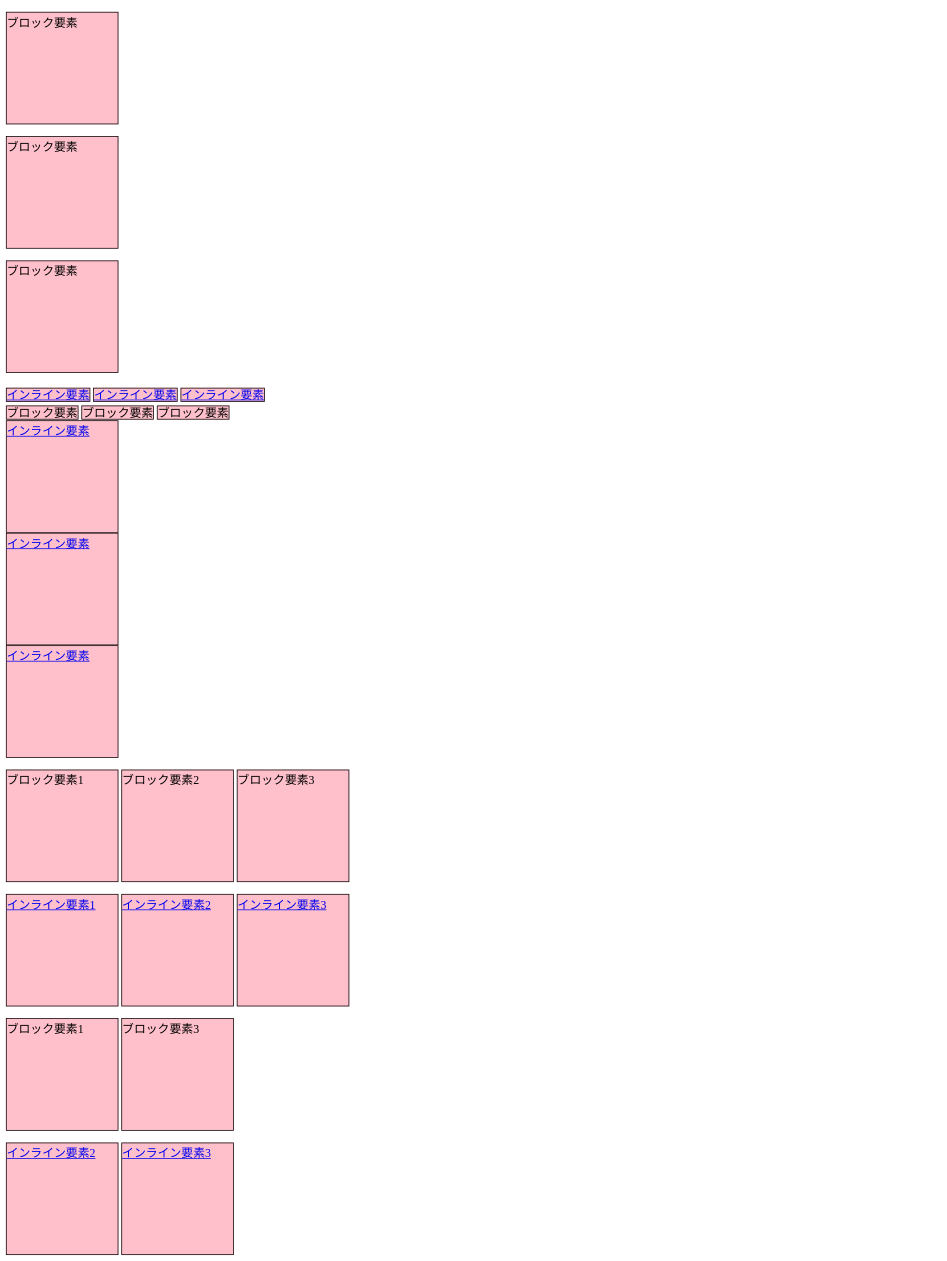
Repository: syokaturyou/potepan
Page: index4.html
The author's editor kept a record of every edit. The page is drawn from the files as they stood at one moment, then again after the next edit.
The browser window is 1280 px wide. The pictures show the whole page, at 74% of full size.

Above is the page before.

### index4.html
<!DOCTYPE html>
  <html>
   <head>
    <meta charset="utf-8">
    <title>Potepan</title>
    <link rel="stylesheet" href="test2.css">
  </head>
<body>

  <div>
      <p class="block_sample">ブロック要素</p>
      <p class="block_sample">ブロック要素</p>
      <p class="block_sample">ブロック要素</p>
    </div>

    <div>
      <a href="#" class="inline_sample">インライン要素</a>
      <a href="#" class="inline_sample">インライン要素</a>
      <a href="#" class="inline_sample">インライン要素</a>
    </div>


   <div>
      <p class="block_sampleB">ブロック要素</p>
      <p class="block_sampleB">ブロック要素</p>
      <p class="block_sampleB">ブロック要素</p>
    </div>

    <div>
      <a href="#" class="inline_sampleB">インライン要素</a>
      <a href="#" class="inline_sampleB">インライン要素</a>
      <a href="#" class="inline_sampleB">インライン要素</a>
    </div>

     <div>
      <p class="block_sampleC">ブロック要素1</p>
      <p class="block_sampleC">ブロック要素2</p>
      <p class="block_sampleC">ブロック要素3</p>
    </div>

    <div>
      <a href="#" class="inline_sampleC">インライン要素1</a>
      <a href="#" class="inline_sampleC">インライン要素2</a>
      <a href="#" class="inline_sampleC">インライン要素3</a>
    </div>

    <div>
      <p class="block_sampleC">ブロック要素1</p>
      <p class="block_sampleC hide">ブロック要素2</p> <!-- hideクラスを追加 -->
      <p class="block_sampleC">ブロック要素3</p>
    </div>

    <div>
      <a href="#" class="inline_sampleC hide">インライン要素1</a> <!-- hideクラスを追加 -->
      <a href="#" class="inline_sampleC">インライン要素2</a>
      <a href="#" class="inline_sampleC">インライン要素3</a>
    </div>

</body>
</html>

### test2.css
.block_sample {
      background-color: pink;
      border: 1px solid black;
      width: 150px;
      height: 150px;
    }

    .inline_sample {
      background-color: pink;
      border: 1px solid black;
      width: 150px;
      height: 150px;
    }

    .block_sampleB {
      display: inline;
      background-color: pink;
      border: 1px solid black;
      width: 150px;
      height: 150px;
    }

    .inline_sampleB {
      display: block;
      background-color: pink;
      border: 1px solid black;
      width: 150px;
      height: 150px;
    }

     .block_sampleC {
      display: inline-block; /* ブロック要素をインラインブロック要素に変更 */
      background-color: pink;
      border: 1px solid black;
      width: 150px;
      height: 150px;
    }

    .inline_sampleC {
      display: inline-block; /* インライン要素をインラインブロック要素に変更 */
      background-color: pink;
      border: 1px solid black;
      width: 150px;
      height: 150px;
    }


    .hide {
      display: none; /* 非表示にするプロパティ値を指定 */
    }


    .box {
      width: 200px;
      padding: 15px;
      border: 1px solid black;
      margin-bottom: 20px;
    }

    .no_float1 {
      background-color: pink;
    }

    .no_float2 {
      background-color: skyblue;
    }

    .left1 {
      background-color: pink;
      float: left;
    }

    .left2 {
      background-color: skyblue;
      float: left;
    }

    .right1 {
      background-color: pink;
      float: right;
    }

    .right2 {
      background-color: skyblue;
      float: right;
    }

    .right3 {
      background-color: orange;
      float: right;
    }

    .clear {
      clear: both;
    }

       .left_a {
      background-color: pink;
      width: 150px;
      height: 150px;
      float: left;
    }

    .left_b {
      background-color: skyblue;
      width: 300px;
      height: 300px;
      float: left;
    }

After the next edit:
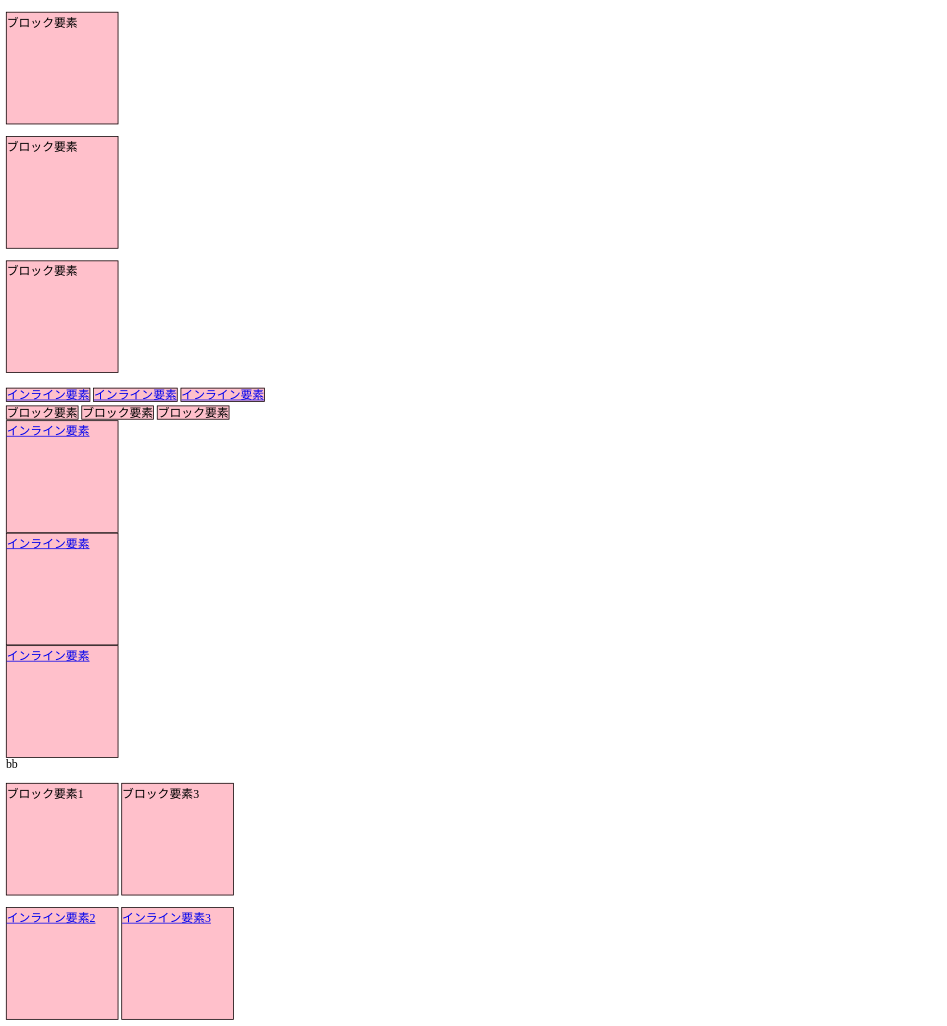
The edit:
--- a/index4.html
+++ b/index4.html
@@ -31,18 +31,18 @@
       <a href="#" class="inline_sampleB">インライン要素</a>
       <a href="#" class="inline_sampleB">インライン要素</a>
     </div>
+    bb
+    <!-- <div>-->
+    <!--  <p class="block_sampleC">ブロック要素1</p>-->
+    <!--  <p class="block_sampleC">ブロック要素2</p>-->
+    <!--  <p class="block_sampleC">ブロック要素3</p>-->
+    <!--</div>-->
 
-     <div>
-      <p class="block_sampleC">ブロック要素1</p>
-      <p class="block_sampleC">ブロック要素2</p>
-      <p class="block_sampleC">ブロック要素3</p>
-    </div>
-
-    <div>
-      <a href="#" class="inline_sampleC">インライン要素1</a>
-      <a href="#" class="inline_sampleC">インライン要素2</a>
-      <a href="#" class="inline_sampleC">インライン要素3</a>
-    </div>
+    <!--<div>-->
+    <!--  <a href="#" class="inline_sampleC">インライン要素1</a>-->
+    <!--  <a href="#" class="inline_sampleC">インライン要素2</a>-->
+    <!--  <a href="#" class="inline_sampleC">インライン要素3</a>-->
+    <!--</div>-->
 
     <div>
       <p class="block_sampleC">ブロック要素1</p>
